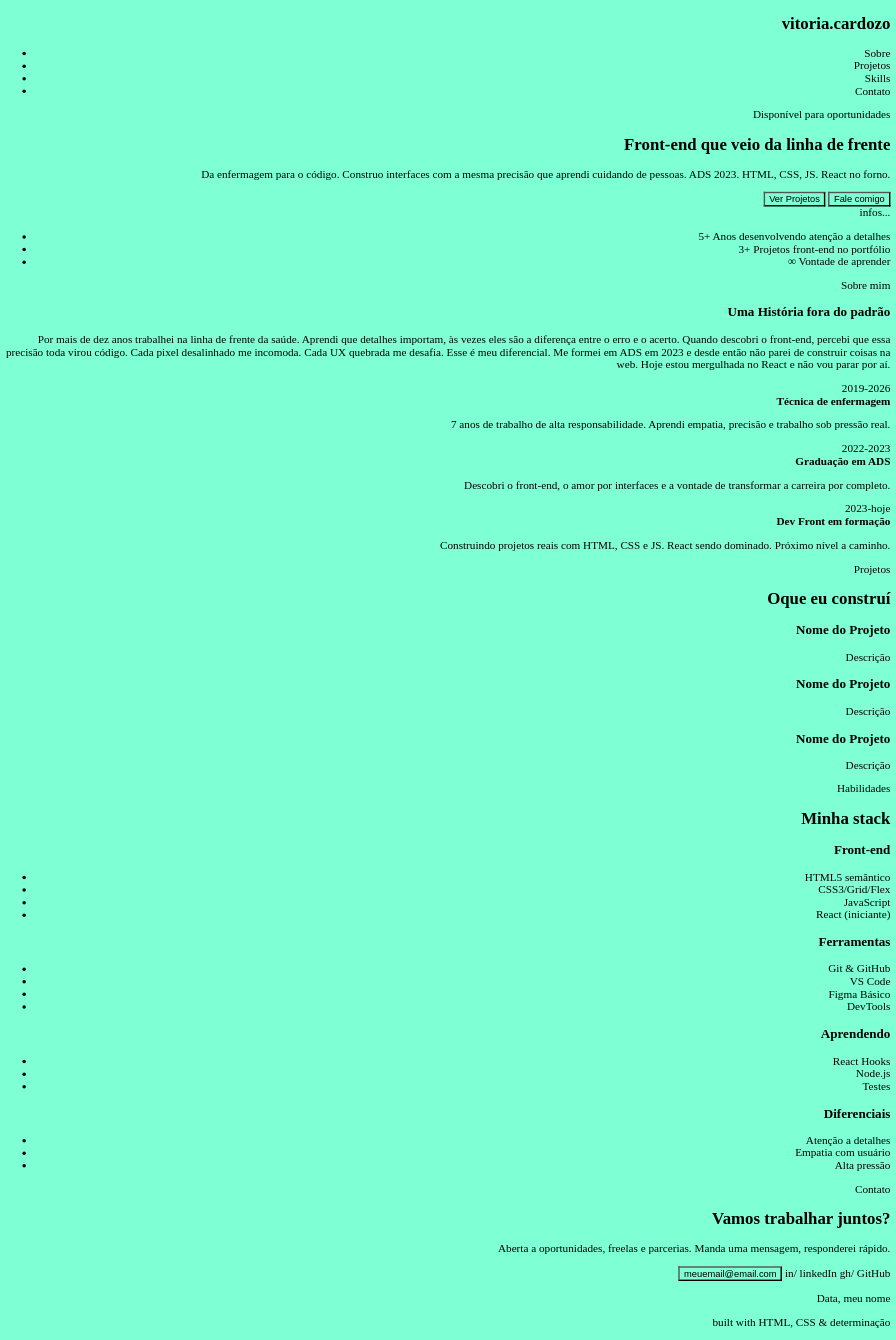
Repository: Bitroia/Portifolio
Page: index.html
An editor plug-in stored every save of this project. The page is shown before and after a run of saves, followed by the edit.
The browser window is 1280 px wide. The pictures show the whole page, at 70% of full size.

Above is the page before, as saved 2026-04-23 22:10:10.

After the next 2 saves:
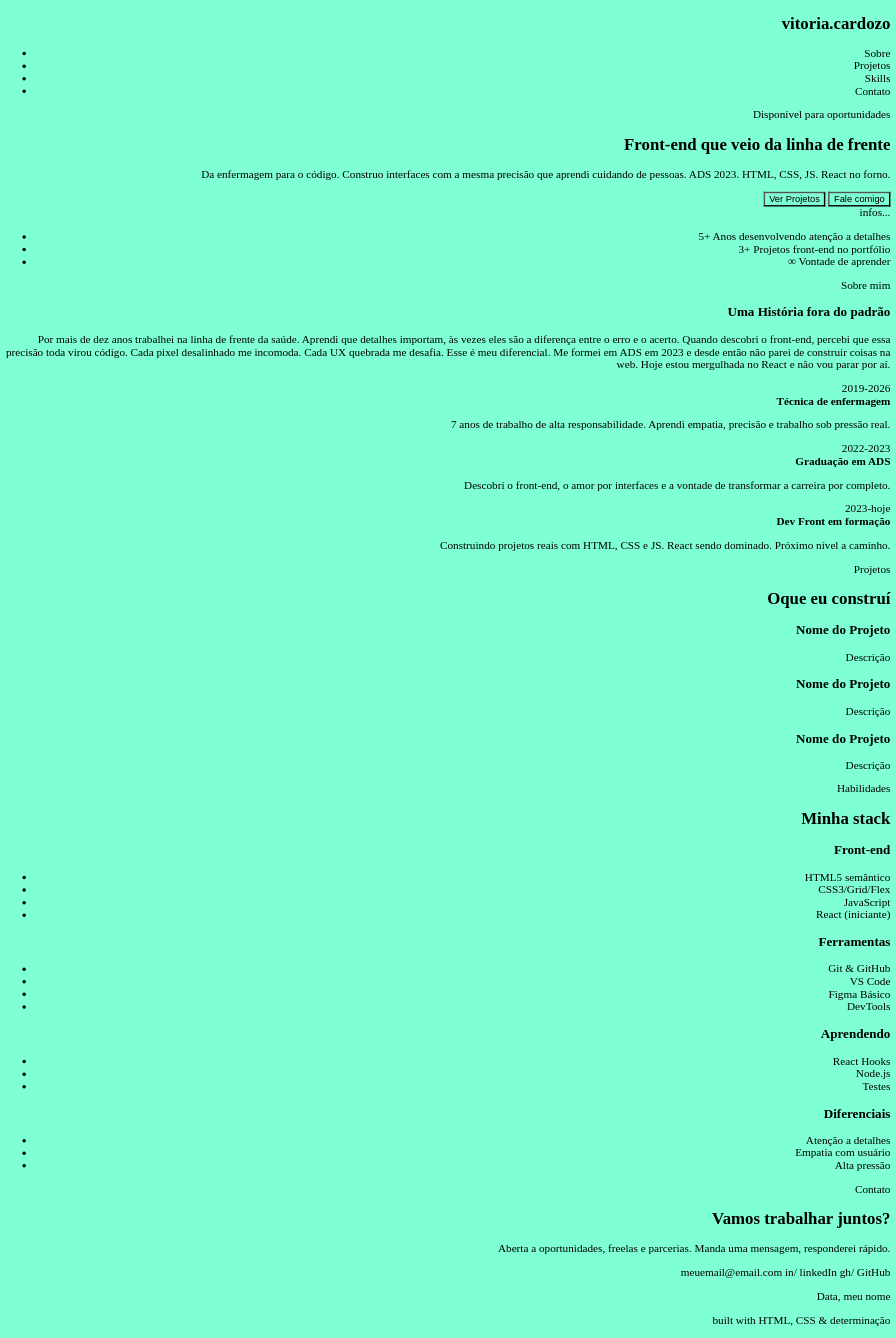
The 2 saves are shown as one change because they came seconds apart.
The last was saved 7 s later.
--- a/index.html
+++ b/index.html
@@ -157,9 +157,9 @@
           Aberta a oportunidades, freelas e parcerias. Manda uma mensagem,
           responderei rápido.
         </p>
-        <button class="contact-button">meuemail@email.com</button>
-        <a class="contact-button">in/ linkedIn</button>
-        <a class="contact-button">gh/ GitHub</button>
+        <a class="contact-button">meuemail@email.com</a>
+        <a class="contact-button">in/ linkedIn</a>
+        <a class="contact-button">gh/ GitHub</a>
       </section>
     </main>
     <footer>
